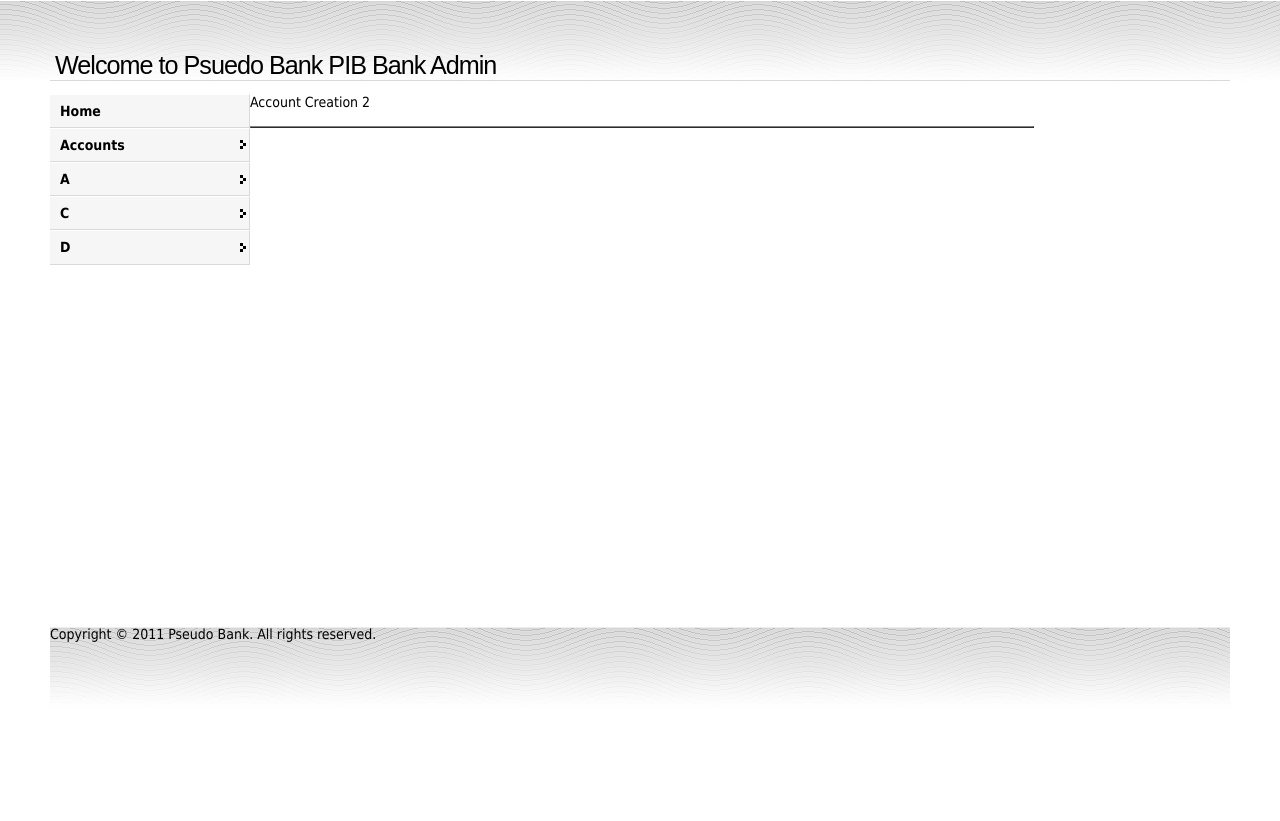
Repository: hareth12/Final-Year-Project
Page: http://localhost/bankAdmin/Account/accountCreation2.jsp
The author's editor kept a copy of each file at every save. The page is drawn from the files as they stood at one save, then again after the next save.
The browser window is 1280 px wide. The pictures show the whole page.
The page is served by Tomcat 9.

Above is the page before, as saved 2011-09-30 04:25:57.

After the next save:
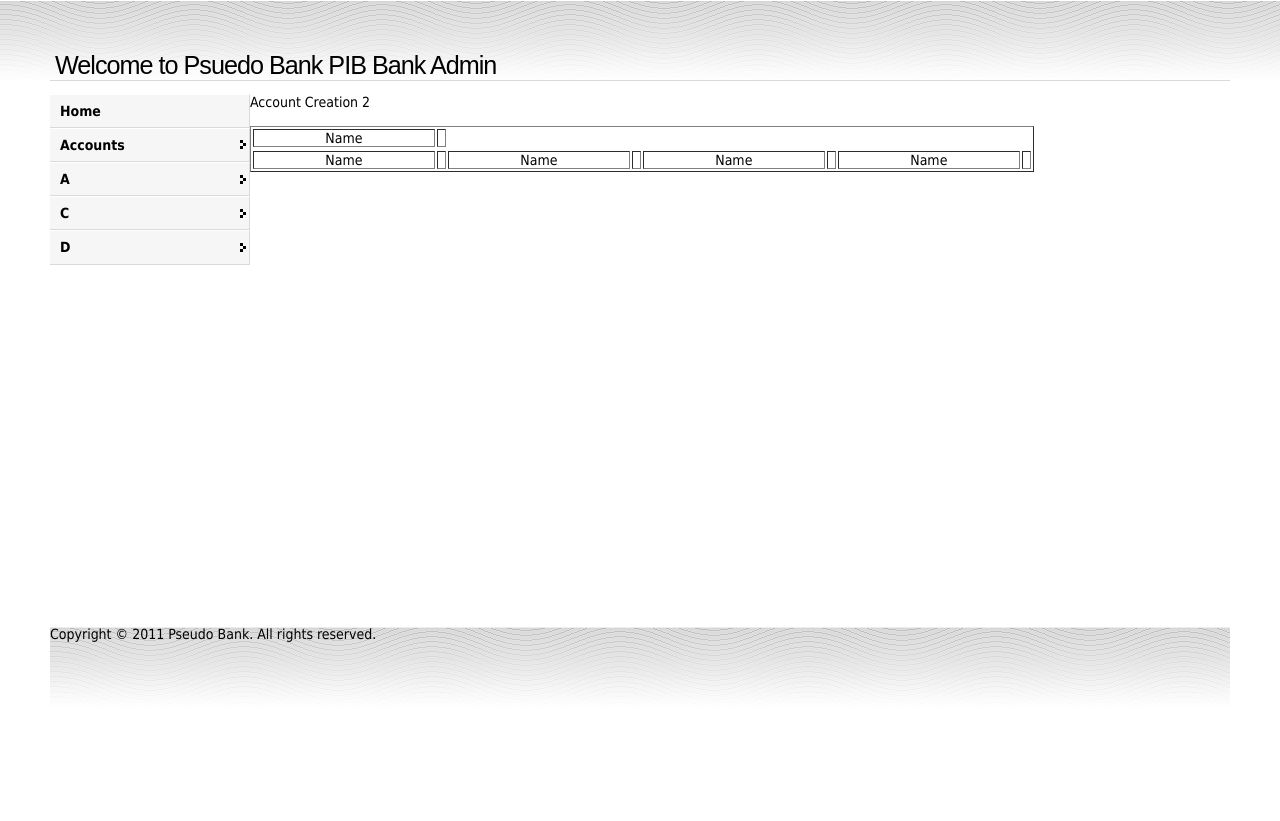
Saved 40 s later.
--- a/bankAdmin/WebContent/Account/accountCreation2.jsp
+++ b/bankAdmin/WebContent/Account/accountCreation2.jsp
@@ -66,6 +66,17 @@
 	<br></br>
 		<table style="text-align: center; width: 80%;" border="1" cellpadding="2" cellspacing="2">
 		<tbody>
+			<tr>
+			<td>Name </td><td>    </td>
+			<tr></tr>
+			<td>Name </td><td>    </td>
+			<td>Name </td><td>    </td>
+			<td>Name </td><td>    </td>
+			<td>Name </td><td>    </td>
+
+			</tr>
+
+
 
 		</tbody>
 		</table>
